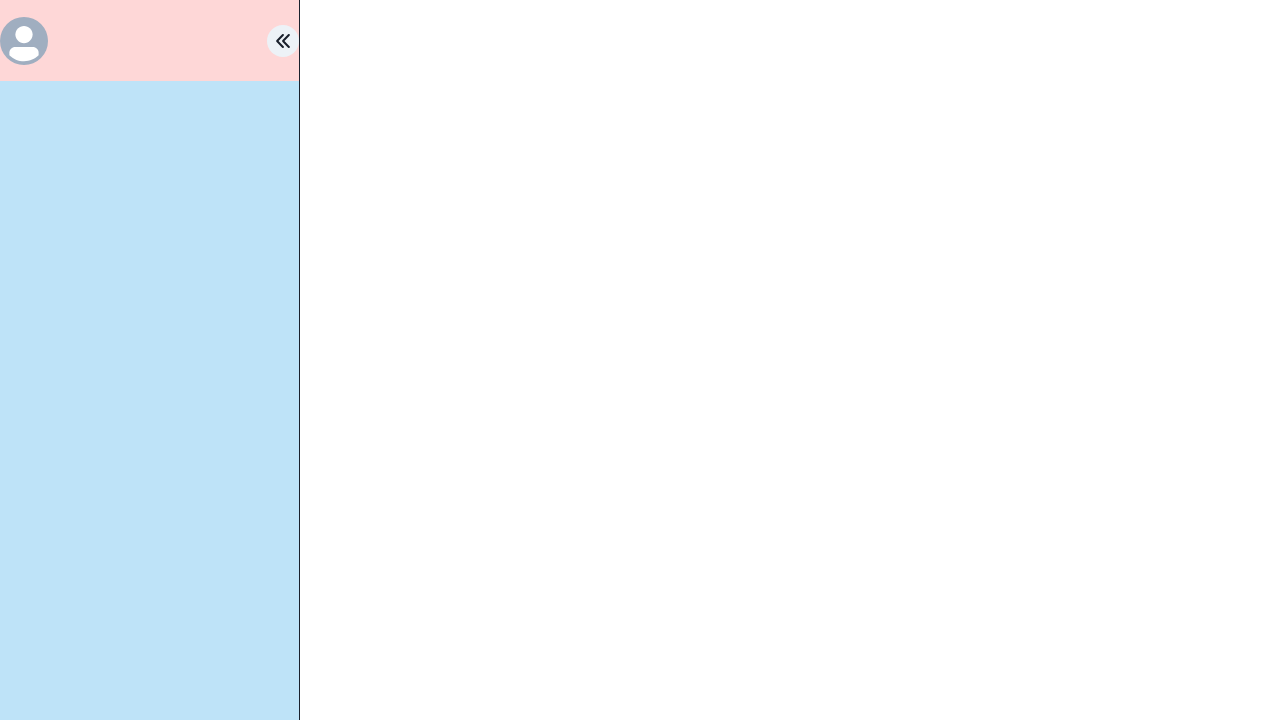
Repository: Siva20021/chat-app
Page: /
An editor plug-in stored every save of this project. The page is shown before and after a run of saves, followed by the edit.
The browser window is 1280 px wide. The pictures show the whole page.
The project was rebuilt for these pictures with package versions that can differ from the ones it lists, and the page was loaded fresh each time. The framework's server and built-in components were replaced by stand-ins that run in the browser. Also part of the build but not shown: next.config.js, components/Login.js.

Above is the page before, as saved 2022-06-05 11:58:36.

After the next 2 saves:
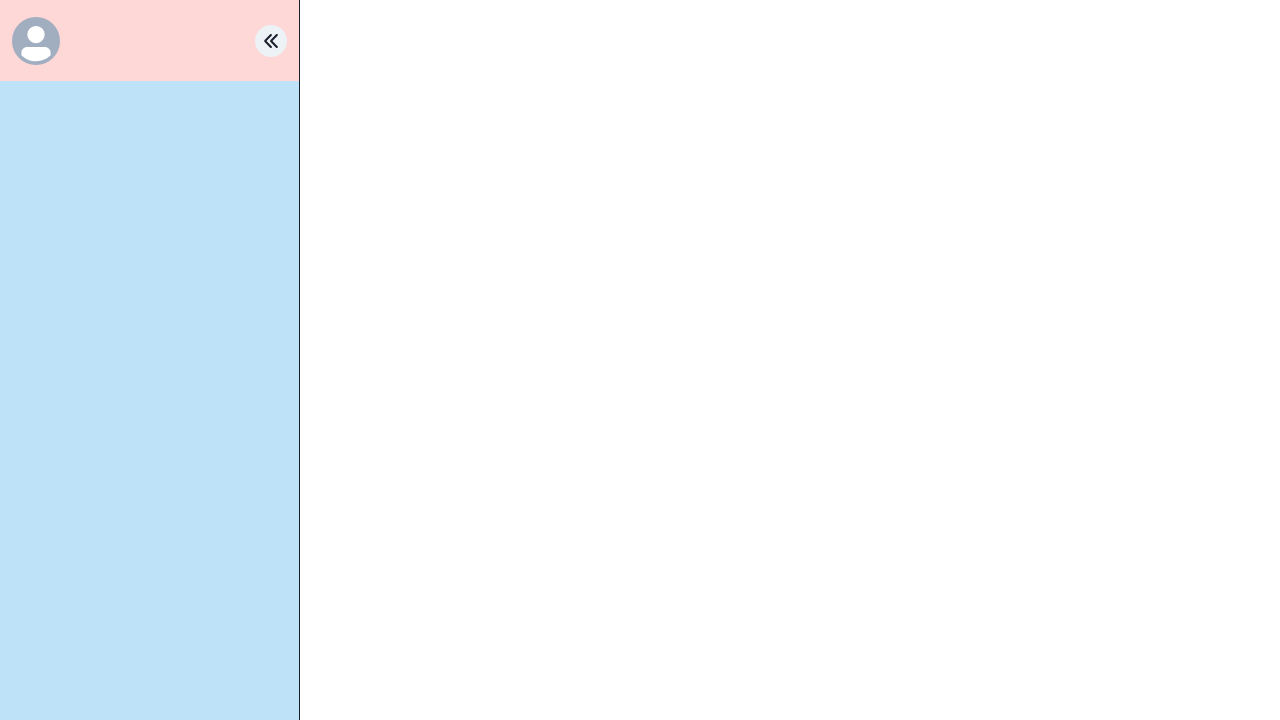
The 2 saves are shown as one change because 1 did not build or start.
The last was saved 12 s later.
--- a/components/Sidebar.js
+++ b/components/Sidebar.js
@@ -16,6 +16,8 @@ export default function Sidebar() {
             h="81px" w="100%"
             align="center"
             justifyContent="space-between"
+            p={3}
+
         >
             <Avatar src=""/>
             <IconButton size="sm" isRound icon={<ArrowLeftIcon/>}/>
